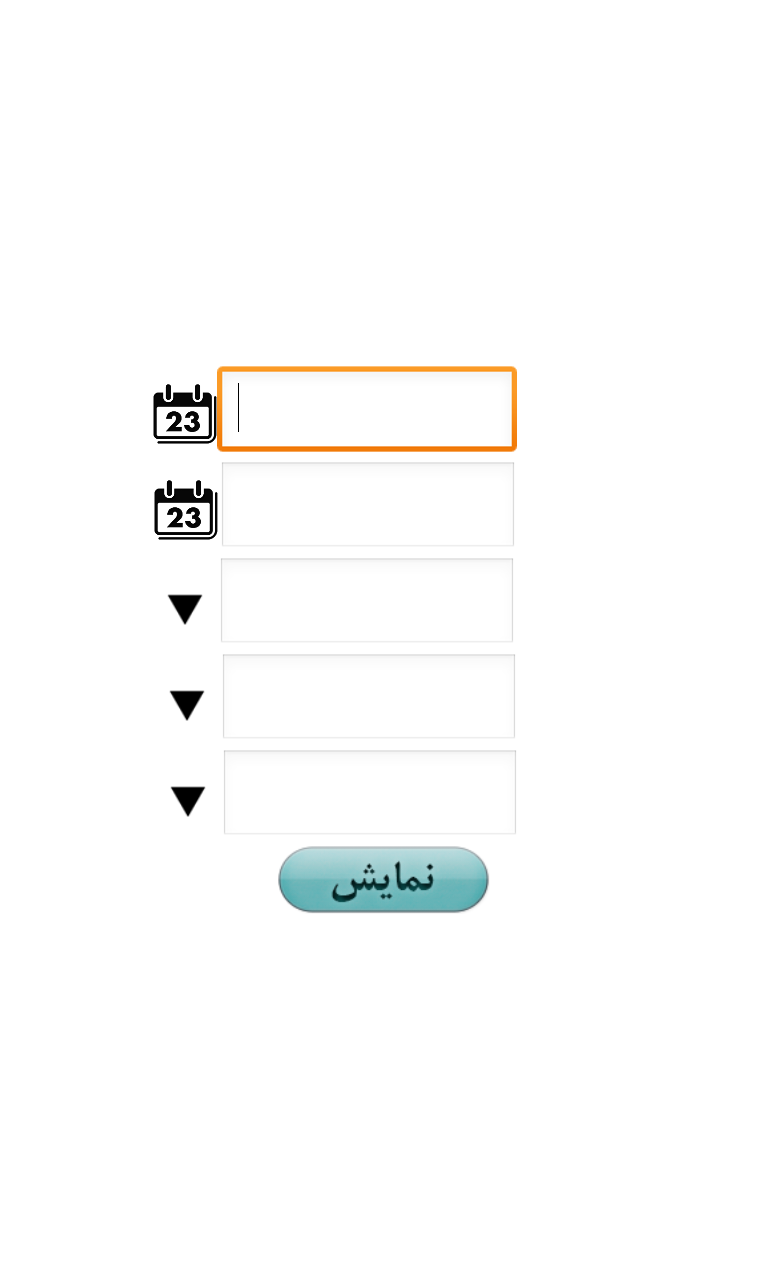
Repository: AtiehPardaz/Reports-Mobile
Layout: Reportsmobile/res/layout/frg_forosh_customer.xml
The author's editor kept a copy of each file at every save. The layout is drawn from the files as they stood at one save, then again after the next save.
It is drawn on a 768 x 1280 px phone screen (xhdpi) without system bars, with theme Theme.behzad; the app's code is not run.

Above is the layout before, as saved 2015-03-14 13:14:43.

After the next save:
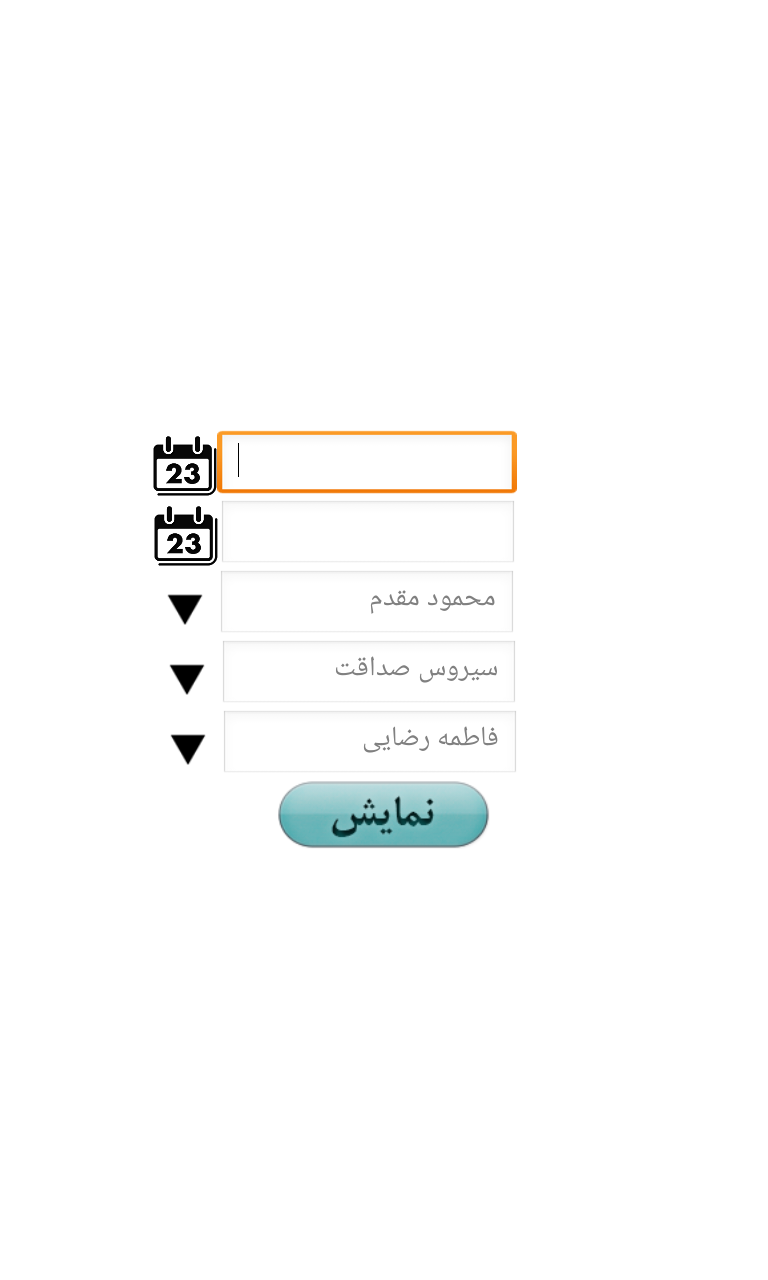
Saved 29 min 42 s later.
--- a/Reportsmobile/res/layout/frg_forosh_customer.xml
+++ b/Reportsmobile/res/layout/frg_forosh_customer.xml
@@ -21,7 +21,7 @@
         <EditText
             android:id="@+id/et_fromdate_forosh"
             android:layout_width="150dp"
-            android:layout_height="wrap_content"
+            android:layout_height="35dp"
             android:layout_gravity="center"
             android:inputType="date" >
 
@@ -57,7 +57,7 @@
             <EditText
                 android:id="@+id/et_todate_forosh"
                 android:layout_width="150dp"
-                android:layout_height="wrap_content"
+                android:layout_height="35dp"
                 android:layout_gravity="center"
                 android:inputType="date" />
 
@@ -89,9 +89,11 @@
             <EditText
                 android:id="@+id/et__customer_forosh"
                 android:layout_width="150dp"
-                android:layout_height="wrap_content"
+                android:layout_height="35dp"
                 android:layout_gravity="center"
-                android:inputType="date" />
+                android:hint="محمود مقدم"
+                android:inputType="date"
+                android:textSize="14sp" />
 
             <TextView
                 android:id="@+id/tv__customer_forosh"
@@ -121,9 +123,11 @@
             <EditText
                 android:id="@+id/et__bazarya_forosh"
                 android:layout_width="150dp"
-                android:layout_height="wrap_content"
+                android:layout_height="35dp"
                 android:layout_gravity="center"
-                android:inputType="date" />
+                android:hint="سیروس صداقت"
+                android:inputType="date"
+                android:textSize="14sp" />
 
             <TextView
                 android:id="@+id/tv__bazarya_forosh"
@@ -153,9 +157,11 @@
             <EditText
                 android:id="@+id/et__foroshande_forosh"
                 android:layout_width="150dp"
-                android:layout_height="wrap_content"
+                android:layout_height="35dp"
                 android:layout_gravity="center"
-                android:inputType="date" />
+                android:hint="فاطمه رضایی"
+                android:inputType="date"
+                android:textSize="14sp" />
 
             <TextView
                 android:id="@+id/tv__foroshande_forosh"
